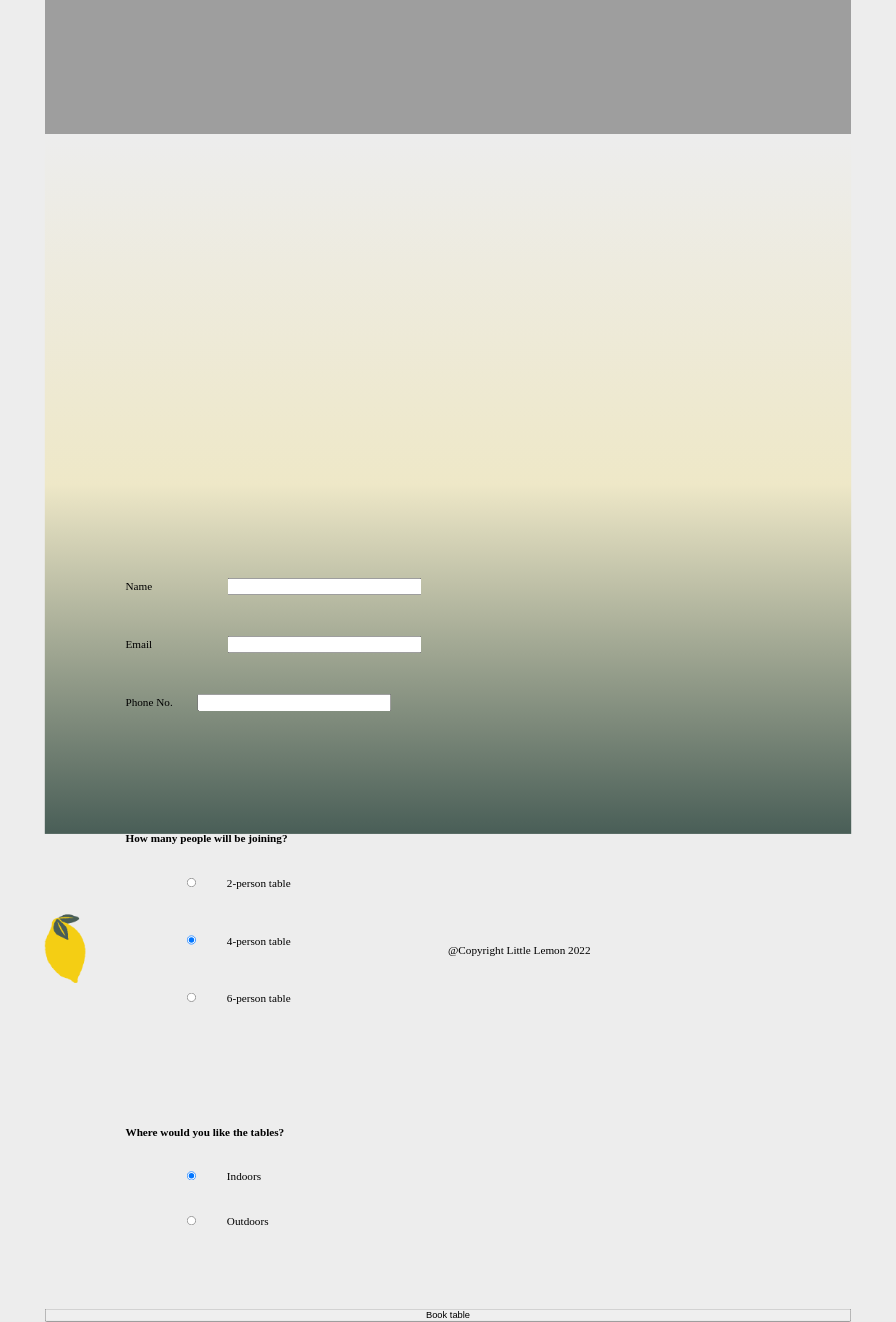
Repository: klone007/littleLemon
Page: index.html
The author's editor kept a copy of each file at every save. The page is drawn from the files as they stood at one save, then again after a run of saves.
The browser window is 1280 px wide. The pictures show the part of the page from y = 2776 to 4696 px (the page is 4664 px tall before and 4696 px after), at 70% of full size.
Pictures or frames that could not be fetched are drawn as grey boxes. A picture or video elsewhere on the page could not be fetched, so the positions and the page height are approximate. Backgrounds fixed to the window are drawn as part of the page.

Above is the page before, as saved 2022-11-17 13:50:30.

### index.html
<!DOCTYPE html>
<html lang="en">
<head>
    <meta charset="UTF-8">
    <meta http-equiv="X-UA-Compatible" content="IE=edge">
    <meta name="viewport" content="width=device-width, initial-scale=1.0">
    <title>Little Lemon</title>
    <meta name="author" content="Owned by Maria & Jason">
    <meta name="description" content="Little lemon restaurant">

    <link rel="stylesheet" href="./styles.css">
    <link rel="stylesheet" href="./docs/flickity.css" media="screen">
</head>
<body>
    <script src="./docs/flickity.pkgd.min.js"></script>

<nav class="top-nav navbar-fixed-top">
    <header>
        <a href="#Home">
            <img src="./img/Asset 20@4x.png" alt="logo" />
        </a>
    </header>
    <input id="menu-toggle" type="checkbox" />
    <label class='menu-button-container' for="menu-toggle">
    <div class='menu-button'></div>
  </label>
    <ul class="menu">
        <li><a href="#Home">Home</a></li>
        <li><a href="#Menu">Menu</a></li>
        <li><a href="#mainBook">Book</a></li>
        <li><a href="#About">About</a></li>
    </ul>
</nav>


    <main>
        <h1 id="Home">Our Featured</h1>
        <section class="gallery js-flickity" data-flickity-options='{ "wrapAround": true }'>
            <div class="gallery-cell">
                <img src="https://external-content.duckduckgo.com/iu/?u=https%3A%2F%2Fwww.sightseeingtoursitaly.com%2Fwp-content%2Fuploads%2F2019%2F06%2FFamous-Italian-dishes.jpg&f=1&nofb=1&ipt=5f17ed8798b09670346a59e0c6dda9133987f1fbc826aab0525b9c7dfd5eefc6&ipo=images" alt="" loading="lazy" />
            </div>
            <div class="gallery-cell">
                <img src="https://external-content.duckduckgo.com/iu/?u=https%3A%2F%2Fcdn.websites.hibu.com%2F42205d4164494aec9952633686609fc8%2Fdms3rep%2Fmulti%2Fshutterstock_1048781273.jpg&f=1&nofb=1&ipt=9319afd718bb88107d86b2624e313065a7d3a600e22631227c980300d2d9ea5e&ipo=images" alt="" loading="lazy" />
            </div>
            <div class="gallery-cell">
                <img src="https://external-content.duckduckgo.com/iu/?u=https%3A%2F%2Fdianashealthyliving.com%2Fwp-content%2Fuploads%2F2019%2F09%2FItalian-food-Depositphotos_.jpg&f=1&nofb=1&ipt=6b3899b664b8c8aa324edf4a5f0cf548525f48ccb5f7a4fc71eac060adbfea16&ipo=images" alt="" loading="lazy" />
            </div>
            <div class="gallery-cell">
                <img src="https://external-content.duckduckgo.com/iu/?u=https%3A%2F%2Fwww.lux-review.com%2Fwp-content%2Fuploads%2F2020%2F03%2FPasta-1.jpg&f=1&nofb=1&ipt=236038c1ddcf4aa03c9a1fd1d1489bc57e1f28b597d5af0d285d39a5f3813c10&ipo=images" alt="" />
            </div>
            <div class="gallery-cell">
                <img src="https://external-content.duckduckgo.com/iu/?u=https%3A%2F%2Fthepointsguy.co.uk%2Fwp-content%2Fuploads%2F2020%2F09%2FGettyImages-599272840.jpg&f=1&nofb=1&ipt=aed47e269af3bf5fa11b8c201e77a3612dee3b5e70cd9f18d9500c28e0df9f67&ipo=images" alt="" loading="lazy" />
            </div>
        </section>

        <h1 id="Menu">Menu</h1>
        <section id="mainMenu">
            <article>
                <h3>Dish 1</h3>
                <div>
                    <img src="https://external-content.duckduckgo.com/iu/?u=https%3A%2F%2Fwww.trbimg.com%2Fimg-58b999a4%2Fturbine%2Fct-chicago-modern-classics-food-0308-20170303&f=1&nofb=1&ipt=e55a6103835e539b9ddba910f3aa8f07babc50ec035bc059d606dd24fa5a5659&ipo=images" alt="" />
                    <p>Lorem ipsum dolor sit amet consectetur adipisicing elit. Labore inventore rem quos repellat fugiat consequatur numquam, sapiente aperiam culpa aliquid maiores asperiores! Alias eligendi odit, vero amet aut quia non?</p>
                </div>
            </article>
            <article>
                <h3>Dish 2</h3>
                <div>
                    <img src="https://external-content.duckduckgo.com/iu/?u=https%3A%2F%2Fwww.webivm.com%2Fwp-content%2Fuploads%2F2016%2F12%2FFood-Photos.jpg&f=1&nofb=1&ipt=6a3492d880aad37e76e2c229f1153e1a0fc916bf886f3e4d2b33b8b43cbbb8ba&ipo=images" alt="" />
                    <p>Lorem ipsum dolor sit amet consectetur adipisicing elit. Labore inventore rem quos repellat fugiat consequatur numquam, sapiente aperiam culpa aliquid maiores asperiores! Alias eligendi odit, vero amet aut quia non?</p>
                </div>
            </article>
            <article>
                <h3>Dish 3</h3>
                <div>
                    <img src="https://external-content.duckduckgo.com/iu/?u=https%3A%2F%2Fwww.food-management.com%2Fsites%2Ffood-management.com%2Ffiles%2Fstyles%2Farticle_featured_retina%2Fpublic%2FHawaiiPromo_BU_1.jpg%3Fitok%3Dl8BccNDz&f=1&nofb=1&ipt=f5ae2a2fe3e9c6f5db3d1dd3f7cba8346bc18a211ab68dd1c32996616daafb87&ipo=images" alt="" />
                    <p>Lorem ipsum dolor sit amet consectetur adipisicing elit. Labore inventore rem quos repellat fugiat consequatur numquam, sapiente aperiam culpa aliquid maiores asperiores! Alias eligendi odit, vero amet aut quia non?</p>
                </div>
            </article>
            <article>
                <h3>Dish 4</h3>
                <div>
                    <img src="https://external-content.duckduckgo.com/iu/?u=https%3A%2F%2Fmoroccanfoodtour.com%2Fwp-content%2Fuploads%2F2020%2F05%2FMFT-Tetouan-Food-Tour-5.jpg&f=1&nofb=1&ipt=5d10271906c29c0f482e9af2e71def8f1021706b03ddfc3b13a227a26cf32f92&ipo=images" alt="" />
                    <p>Lorem ipsum dolor sit amet consectetur adipisicing elit. Labore inventore rem quos repellat fugiat consequatur numquam, sapiente aperiam culpa aliquid maiores asperiores! Alias eligendi odit, vero amet aut quia non?</p>
                </div>
            </article>
            <article>
                <h3>Dish 5</h3>
                <div>
                    <img src="https://external-content.duckduckgo.com/iu/?u=https%3A%2F%2Fimg.choice.com.au%2F-%2Fmedia%2Ff738b5b9623b4c90ad0837f98b0ea96b.ashx&f=1&nofb=1&ipt=1635fb9e31ba85f9b28735716f80466546eed1ee7c42d5bcbd6a9909df5d35f2&ipo=images" alt="" />
                    <p>Lorem ipsum dolor sit amet consectetur adipisicing elit. Labore inventore rem quos repellat fugiat consequatur numquam, sapiente aperiam culpa aliquid maiores asperiores! Alias eligendi odit, vero amet aut quia non?</p>
                </div>
            </article>
            <article>
                <h3>Dish 6</h3>
                <div>
                    <img src="https://external-content.duckduckgo.com/iu/?u=https%3A%2F%2Fwww.charlottefashionplate.com%2Fwp-content%2Fuploads%2F2019%2F04%2FFullSizeRender-2019-09-12T093414.937-e1568295666416.jpg&f=1&nofb=1&ipt=a75d703fefdf0bc48c22dafd73ad0c617d56c21db92b64727021d744cfa860a5&ipo=images" alt="" />
                    <p>Lorem ipsum dolor sit amet consectetur adipisicing elit. Labore inventore rem quos repellat fugiat consequatur numquam, sapiente aperiam culpa aliquid maiores asperiores! Alias eligendi odit, vero amet aut quia non?</p>
                </div>
            </article>
        </section>

        <h1 id="About">About</h1>
        <section id="mainAbout">
            <div class="myDIV">
                 <img src="https://external-content.duckduckgo.com/iu/?u=https%3A%2F%2Fst3.depositphotos.com%2F2572561%2F16353%2Fi%2F950%2Fdepositphotos_163534638-stock-photo-two-famous-chefs-discuss-their.jpg&f=1&nofb=1&ipt=b503cf392cbfb92c1189adf6e87bce2d96b5f10e32ff79c8c39acd97c9648224&ipo=images" alt="Little Lemon's chefs" loading="lazy" />
            </div>
            <!-- <div class="hide">
                The image used is stock image from google images.
            </div> -->

            <p>
                Based in Chicago, Illinois, <strong>Little Lemon is a family-owned Mediterranean restaurant</strong>, focused on <strong>traditional recipes served with a
                modern twist.</strong> The chefs draw inspiration from Italian, Greek, and Turkish culture and have a menu of 12–15 items that they rotate
                seasonally. The restaurant has a rustic and relaxed atmosphere with moderate prices, making it a <strong>popular place for a meal any time of
                the day.</strong>
                <br /> <br />
                Little Lemon is <strong>owned by</strong>two Italian brothers, <strong>Mario and Adrian</strong>, who moved to the United States to pursue their shared dream of owning a restaurant.
                To craft the menu, Mario relies on family recipes and his experience as a chef in Italy. Adrian does all the marketing for the restaurant and led the
                effort to expand the menu beyond classic Italian to incorporate additional cuisines from the Mediterranean region.
            </p>
        </section>
        <section id="mainBook">
            <h1>Book</h1>
            <div class="parallax"></div>

            <form class="content" method="post" >

                    <label for="user_Name">Name
                        <input type="text" id="user_Name" name="user_Name" required/>
                    </label>
                    <label for="user_Email">Email
                        <input type="email" id="user_Email" name="user_Email" required/>
                    </label>

                <label for="user_Phone">Phone No.
                    <input type="tel" id="user_Phone" name="user_Phone"/>
                </label>
                <fieldset id="size">
                    <p><strong>How many people will be joining?</strong></p>
                    <label><input type="radio" value="2" name="size" />2-person table</label><br>
                    <label><input type="radio" value="4" name="size" checked/>4-person table</label><br>
                    <label><input type="radio" value="6" name="size" />6-person table</label>
                </fieldset>
                <fieldset id="location">
                    <p><strong>Where would you like the tables?</strong></p>
                    <label><input type="radio" value="indoors" name="location" checked/>Indoors</label>
                    <label><input type="radio" value="outdoors" name="location" />Outdoors</label>
                </fieldset>
                <button type="submit">Book table</button>

            </form>
        </section>
    </main>
    <footer>
        <div >
            <img src="./img/Asset 9@4x.png" alt=""></img>
        </div>
        <div >
            <p>@Copyright Little Lemon 2022</p>
        </div>
    </footer>


</body>
</html>

### styles.css
:root {
    --lemonYelow:#f4ce14;
    --lemonGreen: #495e57;
}


*{
    margin:0;
    padding:0;
    -webkit-box-sizing: border-box;
    box-sizing: border-box;
}

body {
    background-color: #ededed;
    margin-top: 1rem;
    margin-bottom: 1rem;
    margin-left: 5%;
    margin-right: 5%;
}

header  img {
    display: block;
    margin-left: auto;
    margin-right: auto;
    max-width:3rem;
    min-height:3rem;
    animation-duration: 2s;
    animation-name: slideinLeft;
}

.top-nav  ul {
    list-style: none;
    animation-duration: 2s;
    animation-name: slideinRight;
}

.top-nav a {
    text-decoration: none;
    /* color:rgb(252, 227, 8); */
    color:white;
    padding: 10px 30px;
}

.top-nav a:hover {
    color: var(--lemonYelow);
    transform: scale(0.7);
}

.top-nav {
    display: flex;
    flex-direction: row;
    align-items: center;
    justify-content: space-between;
    background-color: #00BAF0;
    /* background: linear-gradient(to left, #214900ef, #ffe5511e); */
    background: linear-gradient(to left, #495e57, #f4cf142c);

    /* W3C, IE 10+/ Edge, Firefox 16+, Chrome 26+, Opera 12+, Safari 7+ */
    color: #FFF;
    height: 50px;
    padding: 1em;
    margin-top: 3%;


  }

  .menu {
    display: flex;
    flex-direction: row;
    list-style-type: none;
    margin: 0;
    padding: 0;
  }

  .menu > li {
    margin: 0 1rem;
    overflow: hidden;
  }

  .menu-button-container {
    display: none;
    height: 100%;
    width: 30px;
    cursor: pointer;
    flex-direction: column;
    justify-content: center;
    align-items: center;
  }

  #menu-toggle {
    display: none;
  }

  .menu-button,
  .menu-button::before,
  .menu-button::after {
    display: block;
    background-color: #fff;
    position: absolute;
    height: 4px;
    width: 30px;
    transition: transform 400ms cubic-bezier(0.23, 1, 0.32, 1);
    border-radius: 2px;
  }

  .menu-button::before {
    content: '';
    margin-top: -8px;
  }

  .menu-button::after {
    content: '';
    margin-top: 8px;
  }

  #menu-toggle:checked + .menu-button-container .menu-button::before {
    margin-top: 0px;
    transform: rotate(405deg);
  }

  #menu-toggle:checked + .menu-button-container .menu-button {
    background: rgba(255, 255, 255, 0);
  }

  #menu-toggle:checked + .menu-button-container .menu-button::after {
    margin-top: 0px;
    transform: rotate(-405deg);
  }

  @media (max-width: 700px) {
    .menu-button-container {
      display: flex;
    }
    .menu {
        z-index:1000;
      position: absolute;
      top: 50px;
      margin-top: 50px;
      left: 0;
      flex-direction: column;
      width: 100%;
      justify-content: center;
      align-items: center;
    }
    #menu-toggle ~ .menu li {
      height: 0;
      margin: 0;
      padding: 0;
      border: 0;
      transition: height 400ms cubic-bezier(0.23, 1, 0.32, 1);
    }
    #menu-toggle:checked ~ .menu li {
      border: 1px solid #333;
      height: 3.5em;
      padding: 0.5em;
      transition: height 400ms cubic-bezier(0.23, 1, 0.32, 1);
    }
    .menu > li {
      display: flex;
      justify-content: center;
      margin: 0;
      padding: 0.5em 0;
      width: 100%;
      color: white;
      background-color: #222;
    }
    .menu > li:not(:last-child) {
      border-bottom: 1px solid #444;
    }
  }

  .navbar-fixed-top{
    position: -webkit-sticky;
    position: sticky;
    top: 0px;
    z-index: 99999;
  }

/* nav {
display: flex;
justify-content: space-between;
}

header > img {
    display: block;
    margin-left: auto;
    margin-right: auto;
    max-width:5rem;
    min-height:5rem;
}

nav  ul {
    list-style: none;
    display: flex;
    justify-content: center;
    align-items: center;

}

nav a:link {
    text-decoration: none;
    color: rgb(5, 107, 5);
    padding: 10px 50px;

}

nav a:hover {
    background-color: green;
    color: antiquewhite;
} */




main  h1 {
    display: flex;
    justify-content: center;
    align-items: center;
    margin-top:5%;
    margin-bottom:3%;
    color:var(--lemonGreen);
    padding-top: 1rem;
}

main  h1:hover{
    /* animation: 1s 1 forwards pulse */
    transform: scale(1.2);
    transition: 0.5s ease-in-out;
}

main img {
    max-width:100%;
    min-height: 100%;
}

.gallery {
    background: #EEE;
    margin-bottom: 5%;
  }

  .gallery-cell {
    width: 50vw;
    height: 30vh;
    margin-left: 10px;
    counter-increment: gallery-cell;
  }

  /* cell number */
  .gallery-cell:before {
    display: block;
    text-align: center;
    content: "";
    line-height: 200px;
    font-size: 80px;
    color: white;
  }



  #mainMenu {
    display: flex;
    flex-wrap: wrap;
    overflow: auto;

}
#mainMenu div {
    display: flex;
    justify-content: center;
    align-items: center;
    gap:2rem;
}

#mainMenu img {
    max-width: 5rem;
    max-height: 5rem;
}
article img:hover {
    transform: scale(4) translate(50%,10%);
    transition: 0.5s ease-in-out;
}

main h3 {
    padding-bottom:1rem
}

main article {
    flex: 1 0 500px;
    box-sizing: border-box;
    margin: 1rem .25em;
    padding:2rem;

    max-width: 25rem;
}

main article:hover {
    color:#f4ce14;
    background-color: var(--lemonGreen);
    box-shadow: inset 0 0 1rem #444;
    border-radius: 5%;
}

@media screen and (min-width: 40em) {
    main article  {
       max-width: calc(50% -  1em);
    }


}

@media screen and (min-width: 60em) {
    main article  {
        max-width: calc(25% - 1em);
    }
}


#mainAbout {
    display: flex;
    flex-direction:column;
    justify-content: center;
    align-items: center;

}

#mainAbout img {
    max-width: 20rem;
    min-height: 20rem;
    margin:5%;
    padding:2rem;
    border-radius: 50%;
    filter:blur(0.5rem) grayscale(100%);
    transition:.5s ease-out;
}
#mainAbout img:hover {
    filter:blur(0rem) grayscale(0%);

}
/* .hide {
    display: none;
    position:absolute;
    left:8%
  } */

  /* .myDIV:hover + .hide {
    display: block;
    color: red;
  } */

#mainAbout p {
    flex: 1 0 500px;
    box-sizing: border-box;
    margin: 1rem .25em;
    padding:1rem;
}

footer {
    display: flex;
    justify-content: center;
    align-items: center;
    margin-top:10%;
}
footer div {
    flex: 1;
}

footer img {
    width:10%;
}
footer img:hover {
    transform:rotate(60deg) ;
   transition: 1s ease;
}



@media screen and (min-width:880px) {

    .gallery-cell {
        width: 70vw;
        height: 70vh;
        margin-left: 10px;
        counter-increment: gallery-cell;
      }

      #mainAbout{
        display: flex;
        justify-content: space-between;
        flex-direction: row;
        margin:1rem;
        gap: 2rem;
    }
    #mainAbout img {
        max-width: 20rem;
        min-height: 20rem;
        margin:5%;
        border-radius: 0;
    }
    #mainAbout p {
        flex: 1 ;
        box-sizing: border-box;
        margin: 1rem .25em;
        padding:1rem;
    }
    article img:hover {
        transform: scale(8) translate(50%,10%);
        transition: 0.5s ease-in-out;
    }

  }




  @keyframes slideinRight {
    from {
      margin-right: -100rem;
      opacity: 0;
    }
    25% {

        margin-right: -10rem;
        opacity: 0.25;
      }
    50% {

    margin-right: -5rem;
    opacity: 0.5;
    }
    75% {

      margin-right: -1rem;
      opacity: 0.75;
    }

    to {
      margin-right: 0rem;
      opacity: 1;
    }
  }


  @keyframes slideinLeft {
    from {
      margin-left: -100rem;
      opacity: 0;

    }

    25% {

    margin-left: -10rem;
    opacity: 0.25;
    }

    50% {

    margin-left: -5rem;
    opacity: 0.5;
    width:50%;
    }
    75% {

    margin-left: -5rem;
    opacity: 0.5;
    width:75%;

    }

    to {
      margin-left: 0rem;
      opacity: 1;
     width:100%;

    }
  }

  .parallax {
    /* The image used */
    background-image: url("https://external-content.duckduckgo.com/iu/?u=https%3A%2F%2Fuplandsouthcandles.com%2Fwp-content%2Fuploads%2F2018%2F07%2F036684.jpg&f=1&nofb=1&ipt=ed1f1ccf7945ddfd3265d2114ec71a6c897354e652921af8277e8d438890888a&ipo=images");

    /* Set a specific height */
    min-height: 500px;

    /* Create the parallax scrolling effect */
    background-attachment: fixed;
    background-position: center;
    background-repeat: no-repeat;
    background-size: cover;
  }

  .content {
    height:1000px;
    background: linear-gradient(#eee20200,#f4cf142c, #495e57);
    display:flex;
    flex-direction: column;
    align-items: stretch;
    padding-top:50%;
}
.content label {
    padding-top:5%;
    padding-left: 10%;
}


#user_Name, #user_Email{
    margin-left:10%;
    padding:0.2rem 3rem;
}

#user_Phone{
    margin-left:3%;
    padding:0.2rem 3rem;
}

#size{
    display: flex;
    flex-direction: column;
    margin: 15% 10%;
    border:0;

}

#size label, #location label {
    margin-left:-3rem ;
}

input[name=size], input[name=location] {
    margin:0 5%;
}


#location{
    border:0;
    margin: 0 10%;
    display:flex;
    flex-direction: column;
}

button {
    margin-top:10%;
}

### docs/flickity.css
/*! Flickity v2.3.0
https://flickity.metafizzy.co
---------------------------------------------- */

.flickity-enabled {
  position: relative;
}

.flickity-enabled:focus { outline: none; }

.flickity-viewport {
  overflow: hidden;
  position: relative;
  height: 100%;
}

.flickity-slider {
  position: absolute;
  width: 100%;
  height: 100%;
}

/* draggable */

.flickity-enabled.is-draggable {
  -webkit-tap-highlight-color: transparent;
  -webkit-user-select: none;
     -moz-user-select: none;
      -ms-user-select: none;
          user-select: none;
}

.flickity-enabled.is-draggable .flickity-viewport {
  cursor: move;
  cursor: -webkit-grab;
  cursor: grab;
}

.flickity-enabled.is-draggable .flickity-viewport.is-pointer-down {
  cursor: -webkit-grabbing;
  cursor: grabbing;
}

/* ---- flickity-button ---- */

.flickity-button {
  position: absolute;
  background: hsla(0, 0%, 100%, 0.75);
  border: none;
  color: #333;
}

.flickity-button:hover {
  background: white;
  cursor: pointer;
}

.flickity-button:focus {
  outline: none;
  box-shadow: 0 0 0 5px #19F;
}

.flickity-button:active {
  opacity: 0.6;
}

.flickity-button:disabled {
  opacity: 0.3;
  cursor: auto;
  /* prevent disabled button from capturing pointer up event. #716 */
  pointer-events: none;
}

.flickity-button-icon {
  fill: currentColor;
}

/* ---- previous/next buttons ---- */

.flickity-prev-next-button {
  top: 50%;
  width: 44px;
  height: 44px;
  border-radius: 50%;
  /* vertically center */
  transform: translateY(-50%);
}

.flickity-prev-next-button.previous { left: 10px; }
.flickity-prev-next-button.next { right: 10px; }
/* right to left */
.flickity-rtl .flickity-prev-next-button.previous {
  left: auto;
  right: 10px;
}
.flickity-rtl .flickity-prev-next-button.next {
  right: auto;
  left: 10px;
}

.flickity-prev-next-button .flickity-button-icon {
  position: absolute;
  left: 20%;
  top: 20%;
  width: 60%;
  height: 60%;
}

/* ---- page dots ---- */

.flickity-page-dots {
  position: absolute;
  width: 100%;
  bottom: -25px;
  padding: 0;
  margin: 0;
  list-style: none;
  text-align: center;
  line-height: 1;
}

.flickity-rtl .flickity-page-dots { direction: rtl; }

.flickity-page-dots .dot {
  display: inline-block;
  width: 10px;
  height: 10px;
  margin: 0 8px;
  background: #333;
  border-radius: 50%;
  opacity: 0.25;
  cursor: pointer;
}

.flickity-page-dots .dot.is-selected {
  opacity: 1;
}

Loaded but not shown: docs/flickity.pkgd.min.js (library)

After the next 6 saves:
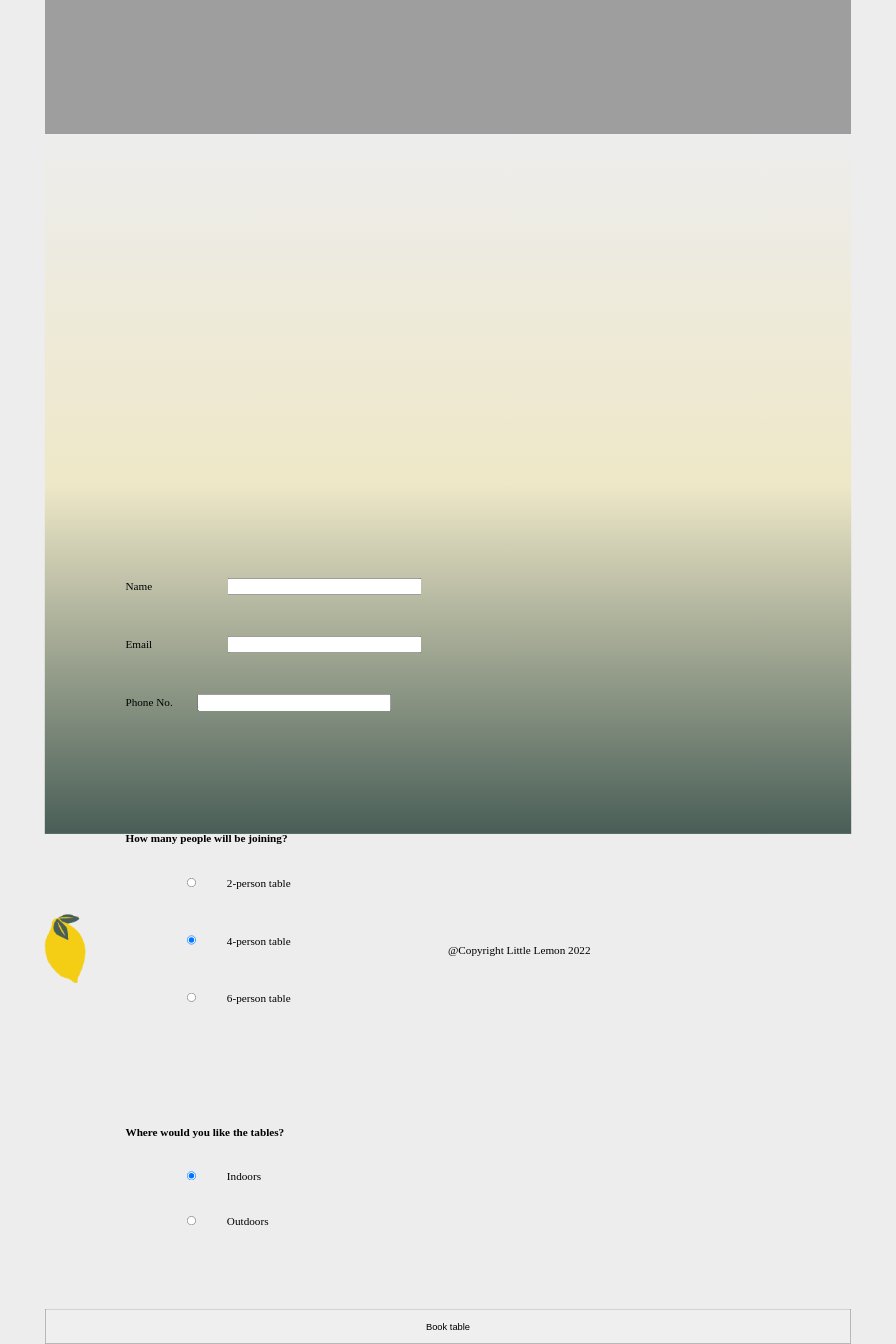
The 6 saves are shown as one change because they came seconds apart.
The last was saved 26 s later.
--- a/styles.css
+++ b/styles.css
@@ -539,4 +539,5 @@
 
 button {
     margin-top:10%;
-}
+    padding:1rem;
+}
